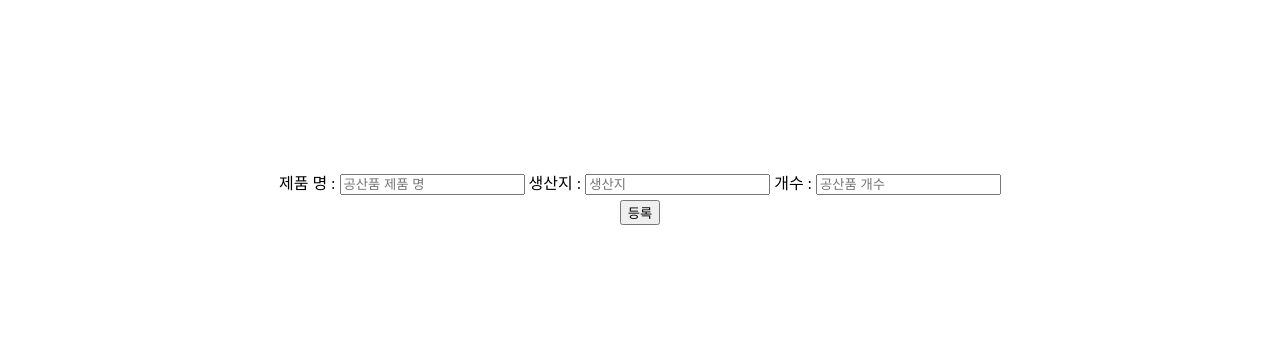
Repository: charmingjae/swproject
Page: http://localhost/board_project/product.jsp
These files come from the project's save history. The page is drawn as it stood at one moment and after the next save; the edit follows.
The browser window is 1280 px wide. The pictures show the whole page.
The page is served by Tomcat 9. Other server files are loaded and not shown.

Above is the page before, as saved 2019-09-17 17:30:46.

### board_project/board_project/WebContent/product.jsp
<%@ page language="java" contentType="text/html; charset=EUC-KR"
    pageEncoding="EUC-KR"%>
<%@ page import="java.sql.*" %>
<script language = "javascript">

function writeCheck()
{
	var form = document.writeform;

	if(!form.proname.value)
	{
		alert("제품 명을 선택하세요.");
		form.name.focus();
		return;
	}

	if(!form.proloc.value)
	{
		alert("생산지를 적어주세요.");
		form.proloc.focus();
		return;
	}
	if(!form.pronumber.value)
	{
		alert("개수를 입력하세요.");
		form.pronumber.focus();
		return;
	}
	form.submit();

}
</script>
<!DOCTYPE html PUBLIC "-//W3C//DTD HTML 4.01 Transitional//EN" "http://www.w3.org/TR/html4/loose.dtd">
<html>
	<head>
 		<title> 공산품 관리 </title>
	</head>
 	<body>
 		<table>
			 <center>
				 <form name=writeform method=post action="write_ok.jsp">
				 			<br /><br /><br /><br /><br /><br /><br /><br /><br />
<!-- 				 			제품 명 : <input name="proname" placeholder="공산품 제품명"/>
				 			생산지 : 	<input name="proloc" placeholder="생산지" />
							개수 : 	<input name="pronumber" placeholder="공산품 개수"/> -->

							<!-- 제품 명 : <select name="proname" size="1">
										<option value="" selected disabled hidden> 제품 명을 선택하세요.</option>
										<option value="AIR JORDAN 1">AIR JORDAN 1</option>
										<option value="YEEZY BOOST">YEEZY BOOST</option>
									</select>
									</select> -->

							제품 명 : <input autocomplete=off list="product" name="proname" placeholder="공산품 제품 명">
									<datalist id="product">
											<option value="AIR JORDAN1">AIR JORDAN1</option>
											<option value="YEEZY BOOST">YEEZY BOOST</option>
									</datalist>
							생산지 : 	<input autocomplete=off name="proloc" placeholder="생산지" />
							개수 : 	<input autocomplete=off name="pronumber" placeholder="공산품 개수"/>

				 </form>
			 </center>
		</table>

		<table width="100%" cellpadding="0" cellspacing="0" border="0">
  		<tr>
  			<td colspan="4" height="5"></td>
  		</tr>
  		<tr align="center">
   			<td>
   				<input type=button value="등록" OnClick = "javascript:writeCheck();">
   			</td>
  		</tr>
		</table>
	</body>
</html>

After the next save:
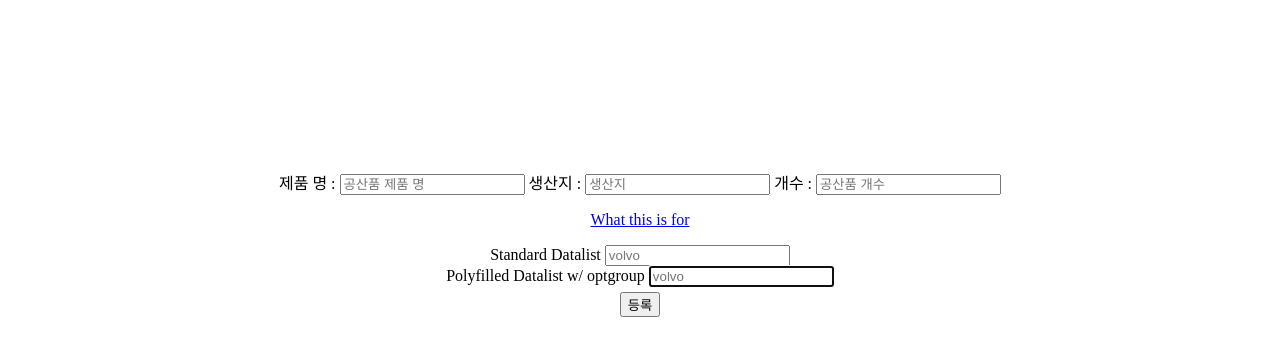
Saved 2 min 5 s later.
--- a/board_project/board_project/WebContent/product.jsp
+++ b/board_project/board_project/WebContent/product.jsp
@@ -59,6 +59,94 @@
 							생산지 : 	<input autocomplete=off name="proloc" placeholder="생산지" />
 							개수 : 	<input autocomplete=off name="pronumber" placeholder="공산품 개수"/>
 
+							<p>
+  <a href="https://github.com/w3c/html/issues/932#issuecomment-315647887" target="_315647887">What this is for</a>
+</p>
+
+<div hidden>
+  <img src="http://j4p.us/0C0O04383n1N/Screen%20Shot%202017-07-17%20at%2012.52.48%20AM.png" alt="">
+</div>
+
+<div class="demo-wrapper">
+
+<div>
+  <label for="input-a">Standard Datalist</label>
+  <input type="text" id="input-a" placeholder="volvo" list="cars-a" />
+  <datalist id="cars-a">
+    <select>
+      <optgroup label="Swedish Cars">
+        <option value="volvo">Volvo</option>
+        <option value="saab">Saab</option>
+      </optgroup>
+      <optgroup label="German Cars">
+        <option value="mercedes">Mercedes</option>
+        <option value="audi">Audi</option>
+      </optgroup>
+    </select>
+  </datalist>
+</div>
+
+
+
+
+<div>
+
+  <div class="optgroup-list-wrapper" style="display: inline-block">
+    <label for="input-b">Polyfilled Datalist w/ optgroup</label>
+    <input autofocus type="text" placeholder="volvo" id="input-b" data-optgroup-list="cars-b" />
+  <datalist id="cars-b">
+    <select>
+      <optgroup label="Swedish Cars">
+        <option value="volvo">Volvo</option>
+        <option value="saab">Saab</option>
+      </optgroup>
+      <optgroup label="German Cars">
+        <option value="mercedes">Mercedes</option>
+        <option value="audi">Audi</option>
+      </optgroup>
+    </select>
+  </datalist>
+
+  <div class="list-options" hidden>
+    <ul>
+      <li>
+        <details open>
+          <summary>Swedish Cars</summary>
+          <ul>
+            <li class="option" data-value="volvo">
+              <span class="value">volvo</span>
+              <span class="label">Volvo</span>
+            </li>
+            <li class="option" data-value="saab">
+              <span class="value">saab</span>
+              <span class="label">Saab</span>
+            </li>
+          </ul>
+        </details>
+      </li>
+      <li>
+        <details open>
+          <summary>German Cars</summary>
+          <ul>
+            <li class="option" data-value="mercedes">
+              <span class="value">mercedes</span>
+              <span class="label">Mercedes</span>
+            </li>
+            <li class="option" data-value="audi">
+              <span class="value">audi</span>
+              <span class="label">Audi</span>
+            </li>
+          </ul>
+        </details>
+      </li>
+    </ul>
+  </div>
+  </div>
+</div>
+</div>
+
+
+
 				 </form>
 			 </center>
 		</table>

After the save that followed:
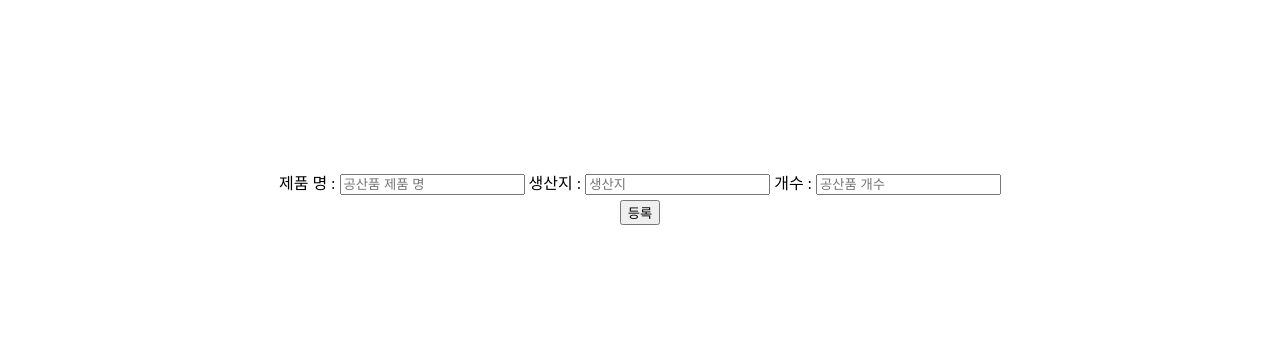
Saved 28 s later.
--- a/board_project/board_project/WebContent/product.jsp
+++ b/board_project/board_project/WebContent/product.jsp
@@ -58,95 +58,6 @@
 									</datalist>
 							생산지 : 	<input autocomplete=off name="proloc" placeholder="생산지" />
 							개수 : 	<input autocomplete=off name="pronumber" placeholder="공산품 개수"/>
-
-							<p>
-  <a href="https://github.com/w3c/html/issues/932#issuecomment-315647887" target="_315647887">What this is for</a>
-</p>
-
-<div hidden>
-  <img src="http://j4p.us/0C0O04383n1N/Screen%20Shot%202017-07-17%20at%2012.52.48%20AM.png" alt="">
-</div>
-
-<div class="demo-wrapper">
-
-<div>
-  <label for="input-a">Standard Datalist</label>
-  <input type="text" id="input-a" placeholder="volvo" list="cars-a" />
-  <datalist id="cars-a">
-    <select>
-      <optgroup label="Swedish Cars">
-        <option value="volvo">Volvo</option>
-        <option value="saab">Saab</option>
-      </optgroup>
-      <optgroup label="German Cars">
-        <option value="mercedes">Mercedes</option>
-        <option value="audi">Audi</option>
-      </optgroup>
-    </select>
-  </datalist>
-</div>
-
-
-
-
-<div>
-
-  <div class="optgroup-list-wrapper" style="display: inline-block">
-    <label for="input-b">Polyfilled Datalist w/ optgroup</label>
-    <input autofocus type="text" placeholder="volvo" id="input-b" data-optgroup-list="cars-b" />
-  <datalist id="cars-b">
-    <select>
-      <optgroup label="Swedish Cars">
-        <option value="volvo">Volvo</option>
-        <option value="saab">Saab</option>
-      </optgroup>
-      <optgroup label="German Cars">
-        <option value="mercedes">Mercedes</option>
-        <option value="audi">Audi</option>
-      </optgroup>
-    </select>
-  </datalist>
-
-  <div class="list-options" hidden>
-    <ul>
-      <li>
-        <details open>
-          <summary>Swedish Cars</summary>
-          <ul>
-            <li class="option" data-value="volvo">
-              <span class="value">volvo</span>
-              <span class="label">Volvo</span>
-            </li>
-            <li class="option" data-value="saab">
-              <span class="value">saab</span>
-              <span class="label">Saab</span>
-            </li>
-          </ul>
-        </details>
-      </li>
-      <li>
-        <details open>
-          <summary>German Cars</summary>
-          <ul>
-            <li class="option" data-value="mercedes">
-              <span class="value">mercedes</span>
-              <span class="label">Mercedes</span>
-            </li>
-            <li class="option" data-value="audi">
-              <span class="value">audi</span>
-              <span class="label">Audi</span>
-            </li>
-          </ul>
-        </details>
-      </li>
-    </ul>
-  </div>
-  </div>
-</div>
-</div>
-
-
-
 				 </form>
 			 </center>
 		</table>
